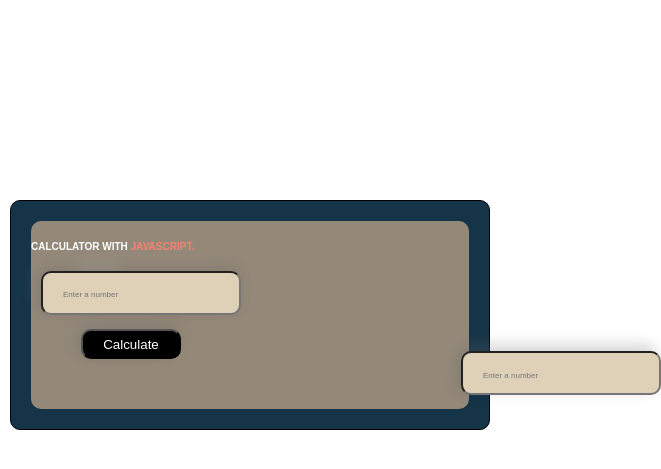
Repository: isaacCodes1/Calculator-with-js
Page: index2.html
An editor plug-in stored every save of this project. The page is shown before and after a run of saves, followed by the edit.
The browser window is 375 px wide. The page is 661 px wide, then 490 px, so the pictures cover 661 px, including what lies to the right of the window. The pictures show the whole page.
Some web fonts or font styles are not loaded; a fallback is used.

Above is the page before, as saved 2024-04-22 15:28:26.

After the next 3 saves:
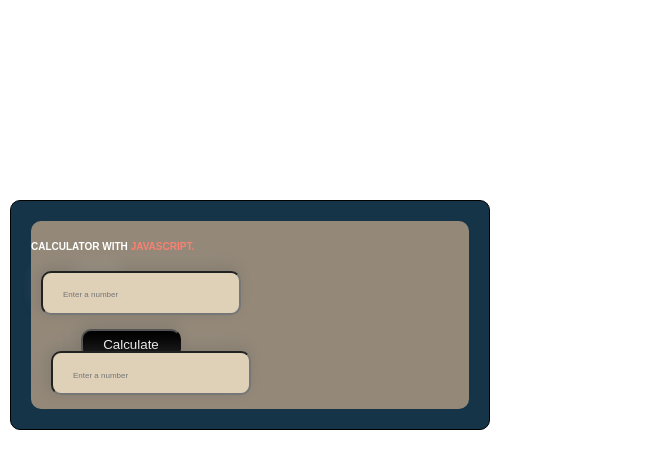
The 3 saves are shown as one change because they came seconds apart.
The last was saved 12 s later.
--- a/mediaquery.css
+++ b/mediaquery.css
@@ -23,4 +23,7 @@
     position: absolute;
     left: 30px;
   }
+  .num7{
+    left: 40px;
+  }
 }
